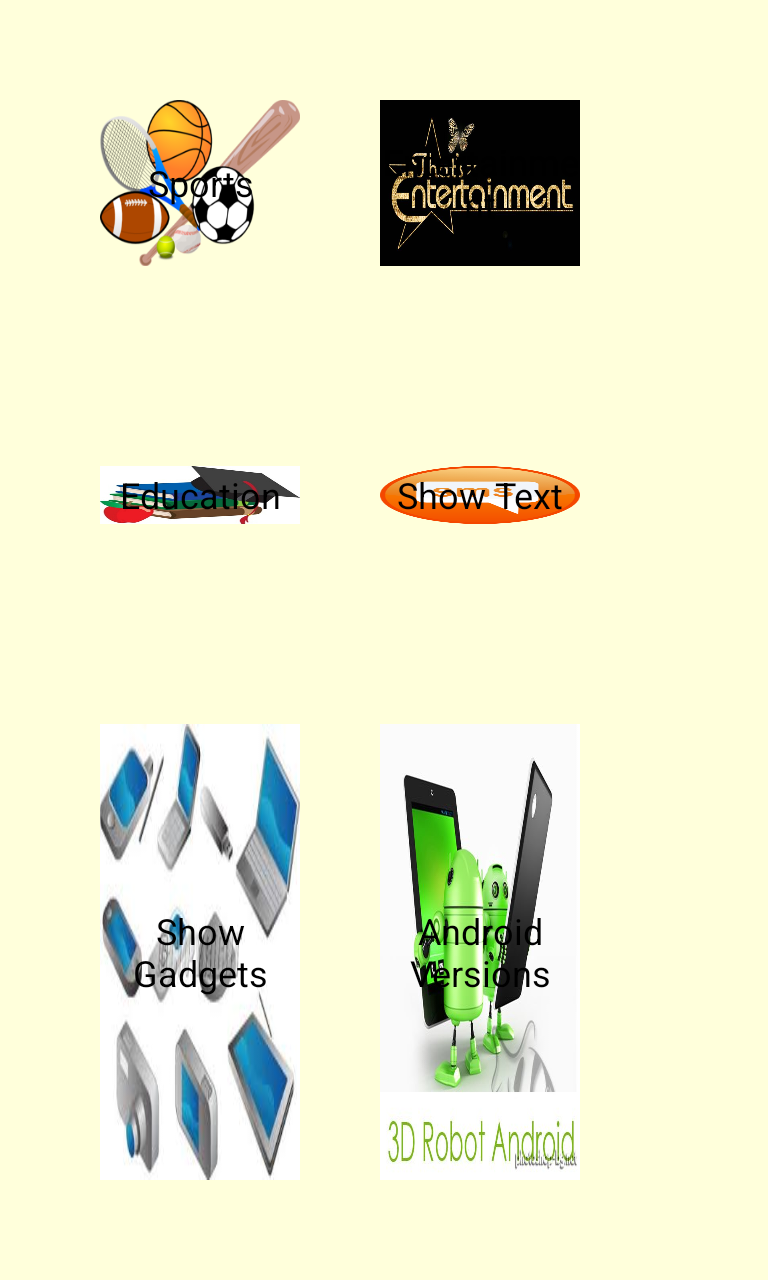
Repository: LakshmiKalyani93/AndroidTraining
Layout: application/ImplicitApplication/res/layout/implicit.xml
The author's editor kept a copy of each file at every save. The layout is drawn from the files as they stood at one save, then again after the next save.
It is drawn on a 768 x 1280 px phone screen (xhdpi) without system bars, with theme AppTheme; the app's code is not run.

Above is the layout before, as saved 2014-09-12 03:59:13.

After the next save:
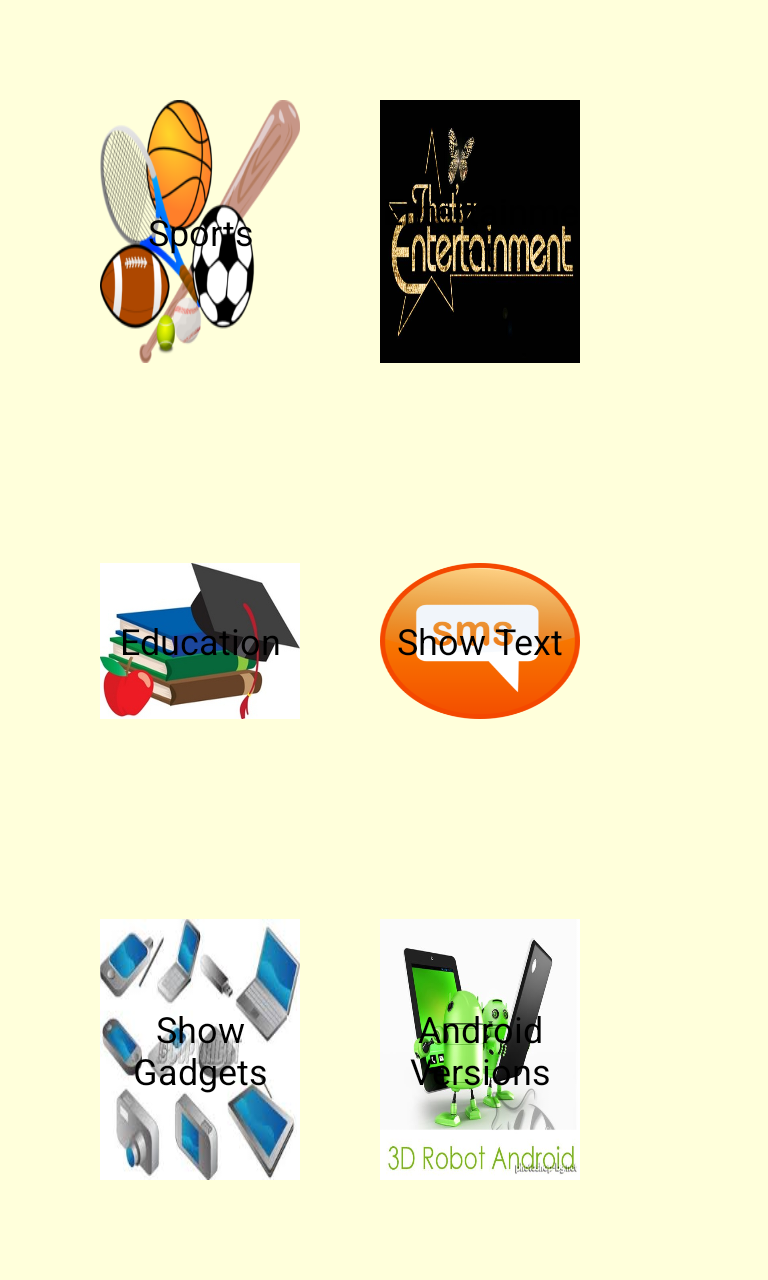
Saved 4 min 5 s later.
--- a/application/ImplicitApplication/res/layout/implicit.xml
+++ b/application/ImplicitApplication/res/layout/implicit.xml
@@ -4,7 +4,7 @@
     android:layout_height="match_parent"
     android:orientation="vertical"
     android:background="#FFFFDB"
-    android:weightSum="2" >
+    android:weightSum="3" >
 
     <LinearLayout
         android:id="@+id/l1"
